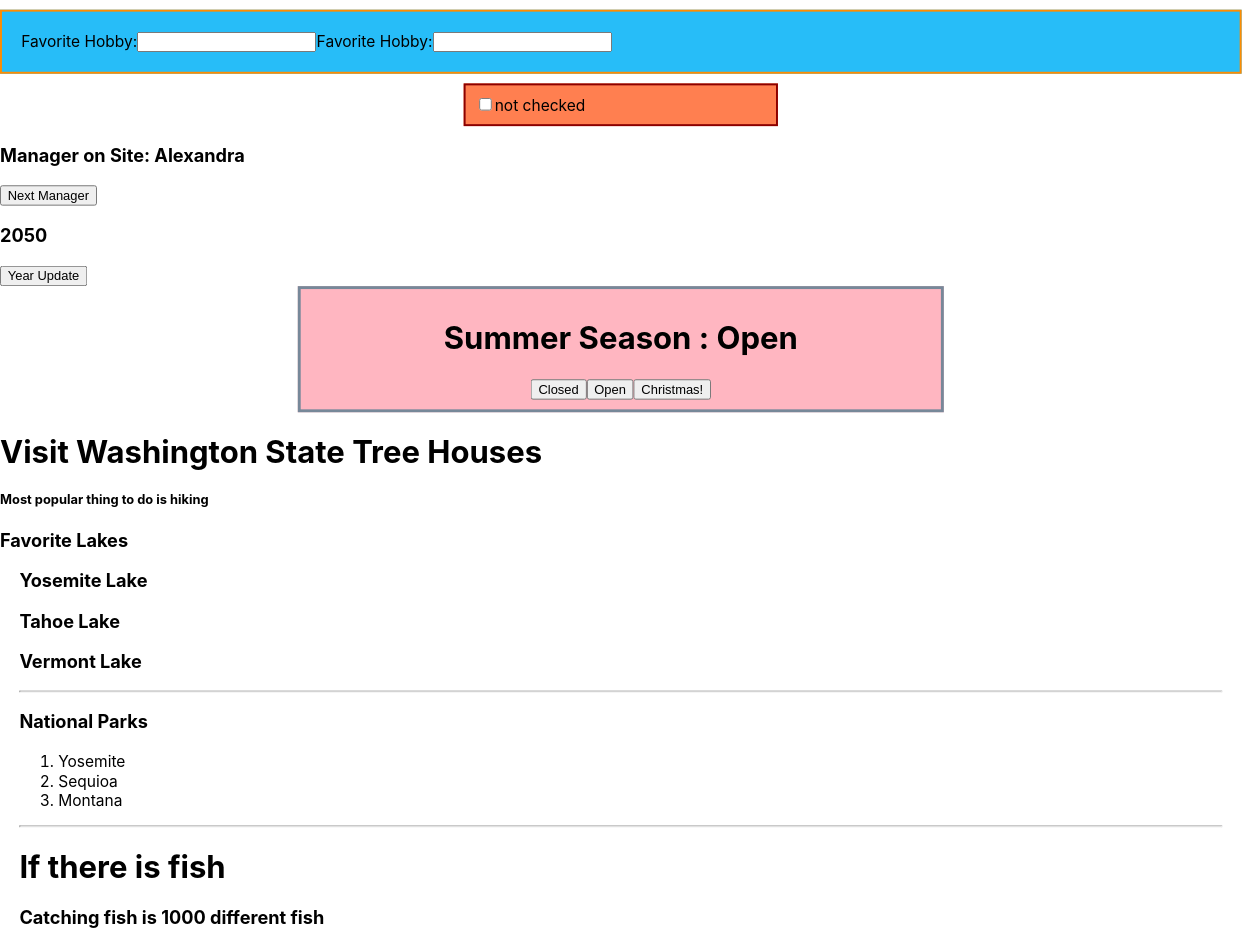
Repository: CaptainStorm21/intro-react-hooks
Page: /
The author's editor kept a copy of each file at every save. The page is drawn from the files as they stood at one save, then again after the next save.
The browser window is 1280 px wide. The pictures show the whole page, at 97% of full size.
The project was rebuilt for these pictures with package versions that can differ from the ones it lists, and the page was loaded fresh each time. Also part of the build but not shown: src/App.css.

Above is the page before, as saved 2020-05-27 21:59:34.

### src/index.js
import React from "react";
import ReactDOM from "react-dom";
import "./index.css";
import Fragment from "./Fragment"
import UseEffect from "./UseEffect";

const nationalParkList = ["Yosemite", "Sequioa", "Montana"];
const campingList = [
  {
    id: 0,
    name: "Mulberry Camp",
    location: " South Montana",
  },
  {
    id: 1,
    name: "Volga Camp",
    location: "Oregon",
  },
  {
    id: 2,
    name: "Captain Camp",
    location: "East Montana",
  },
  {
    id: 3,
    name: "Blue Dunes Camp",
    location: "South Montana",
  },
];

function Lake({ name }) {
  return <h3>{name}</h3>;
}

function Fishing({ abundant }) {
  return (
    < div >
      <h3> Catching fish is {abundant}</h3>
    </div >
  )
}

function Icehole ({ icefishing }) {
  return (
    < div >
      <h3> Winter Fish is {icefishing}</h3>
    </div >
  )
}

function MontanaFall() {
  return (
    <div>
      <h3>Come see Montana!</h3>
      <hr></hr>
      <div className="campstyle">
        {campingList.map((camp) => (
          <div key={camp.id}>
            <h4>{camp.name}</h4>
            <p>Location:{camp.location}</p>
          </div>
        ))}
      </div>
    </div>
  );
}

function SkiResort({thingstodo}) {
  return (
    <div>
      <h1>Visit Washington State Tree Houses</h1>
      <h5>Most popular thing to do is {thingstodo}</h5>
    </div>
  );
}
function App(props) {

  if (props.season === "fall") {
    return <MontanaFall />;
  } else if (props.season === "summer"){
    return (
      <div>
        <UseEffect />
        <Fragment />

        <SkiResort  thingstodo="hiking"/>
        <h3>Favorite Lakes</h3>
        <div className="lakestyle">
          <Lake name="Yosemite Lake" />
          <Lake name="Tahoe Lake" />
          <Lake name="Vermont Lake" />
          <hr></hr>
          <h3>National Parks</h3>
          <ol>
            {props.parks.map((park) => (
              <li>{park}</li>
            ))}
          </ol>
          <hr></hr>
          <h1>If there is fish</h1>
          <div>
            {props.season === "summer" ? (
              <Fishing abundant="1000 different fish" />
            ) : props.season === "winter" ? (
              <Icehole icefishing="A lot of pikes" />
            ) : (<h1>Wanna stay home?</h1>)}
            </div>
        </div>
      </div>
    );
  }
}

// function Hello({ library, message, books }) {
//   return (
//     <div>
//       <h1>Hello {library}</h1>
//       <h4>books avail to rent {books}</h4>
//       <h5>Hours: {message}</h5>
//     </div>
//   )
// }

// function Hello(props) {
//   console.log(props);
//   console.log(Object.keys(props));
//   return (
//     <div>
//       <h1>Hello from {props.library}</h1>
//       <h3>{props.message}</h3>
//       <h4> books available to rent - {props.books}</h4>
//       <h5>Props used - {Object.keys(props).length}</h5>
//     </div>
//   )
// }

// function Hello() {
//   return (
//     <div>
//       <p> rendering is happening </p>
//       <h1>Hello world!</h1>
//     </div>
//   )
// }
ReactDOM.render(
  //  React.createElement("h1", null, "Hello"),
  // React.createElement("h1", { style: { color: "red" } }, "Hello"),
  // React.createElement("div", { style: { color: "blue" } },
  // React.createElement("h1", null, "Morning")  ),
  // <ul>
  //   <li>Pizza</li>
  //   <li>Sushi</li>
  // </ul>,
  // /* <Hello></Hello>, */
  // <Hello library="Washington Library" message="Open for all " books={10}/>,
  <App parks={nationalParkList} season="summer" />,
  document.getElementById("root")
);

### src/index.css
body {
  margin: 0;
  font-family: -apple-system, BlinkMacSystemFont, 'Segoe UI', 'Roboto', 'Oxygen',
    'Ubuntu', 'Cantarell', 'Fira Sans', 'Droid Sans', 'Helvetica Neue',
    sans-serif;
  -webkit-font-smoothing: antialiased;
  -moz-osx-font-smoothing: grayscale;
}

code {
  font-family: source-code-pro, Menlo, Monaco, Consolas, 'Courier New',
    monospace;
}

.lakestyle, .campstyle {
  padding-left: 20px;
  padding-right: 20px;
}

.div-style{
  padding: 10px;
  border: 3px solid lightslategray;
  width: 50%;
  margin: 0 auto;
  background-color: lightpink;
  text-align: center;
}

.blue-div{
  background-color: rgb(39, 189, 248);
  margin: 0 auto;
  padding: 20px;
  border: 2px solid darkorange;
  margin-top: 10px;
  margin-bottom: 10px;

}

.checkbox-div{
  background-color: coral;
  padding: 10px;
  width: 300px;
  border: 2px solid darkred;
  margin: 0 auto;
}

### src/Fragment.js
import React, { useState } from "react";
import "./App.css";
import Checkbox from './Checkbox'

// const [first, second, third, fouth] = ["Mary", "Katy", "Ludwig", "Stephen"];

// function Kids() {
//   return <h1>Children at play!</h1>;
// }

// function Kayak() {
//   return (
//     <div>
//       <h2> Kayaking going on </h2>
//     </div>
//   );
// }

function Fragment() {
    const [year, setYear] = useState(2050)
    const [manager, setManager] = useState('Alexandra')
    const [status, setStatus] = useState("Open");
  return (
      <>
          <div className = "checkbox-div">
              <Checkbox/>
          </div>
      <div>
        <h3>Manager on Site: {manager}</h3>
        <button onClick={() => setManager("Mary Anne")}>Next Manager</button>
      </div>
      <div>
        <h3>{year}</h3>
        <button onClick={() => setYear(year+1)}>Year Update</button>
      </div>
      <div className="div-style">
        <h1>Summer Season : {status}</h1>
        <button onClick={() => setStatus("Closed")}>Closed</button>
        <button onClick={() => setStatus("Open")}>Open</button>
        <button onClick={() => setStatus("Gone to Santa's!")}>
          Christmas!
        </button>
      </div>
    </>
  );
}



// function Fragment() {
//   return (
//     <>
//       <div className="div-style">
//         <Kayak />
//         <Kids />
//       </div>
//     </>
//   );
// }

export default Fragment;

### src/UseEffect.js
import React from 'react'

export default function UseEffect() {
    return (
      <div className="blue-div">
        <label>
          Favorite Hobby:
          <input />
        </label>
        <label>
          Favorite Hobby:
          <input />
        </label>
      </div>
    );
}

### src/Checkbox.js
import React, { useState, useEffect } from "react";

export default function Checkbox() {
    const [checked, setChecked] = useState(false);
    useEffect(() => {
        alert(` checked: ${checked.toString()}`);
    });
    return (
    <>
            <input type="checkbox"
                value={checked}
                onChange={ () => setChecked (checked => !checked )  } />
            {checked ? "checked" : "not checked"}
    </>
  )
}

Loaded but not shown: public/index.html (common file)

After the next save:
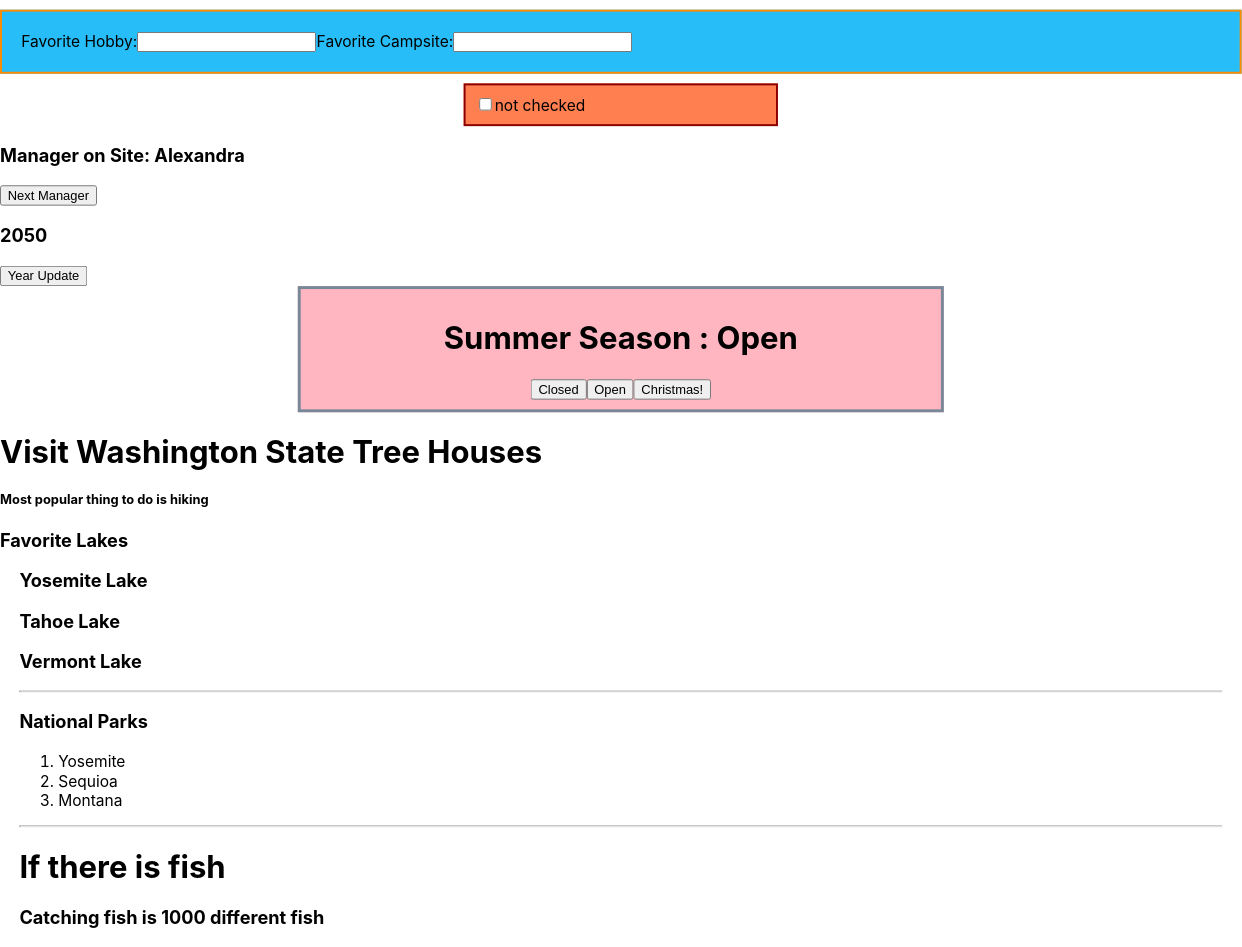
Saved 5 s later.
--- a/src/UseEffect.js
+++ b/src/UseEffect.js
@@ -8,7 +8,7 @@ export default function UseEffect() {
           <input />
         </label>
         <label>
-          Favorite Hobby:
+          Favorite Campsite:
           <input />
         </label>
       </div>
